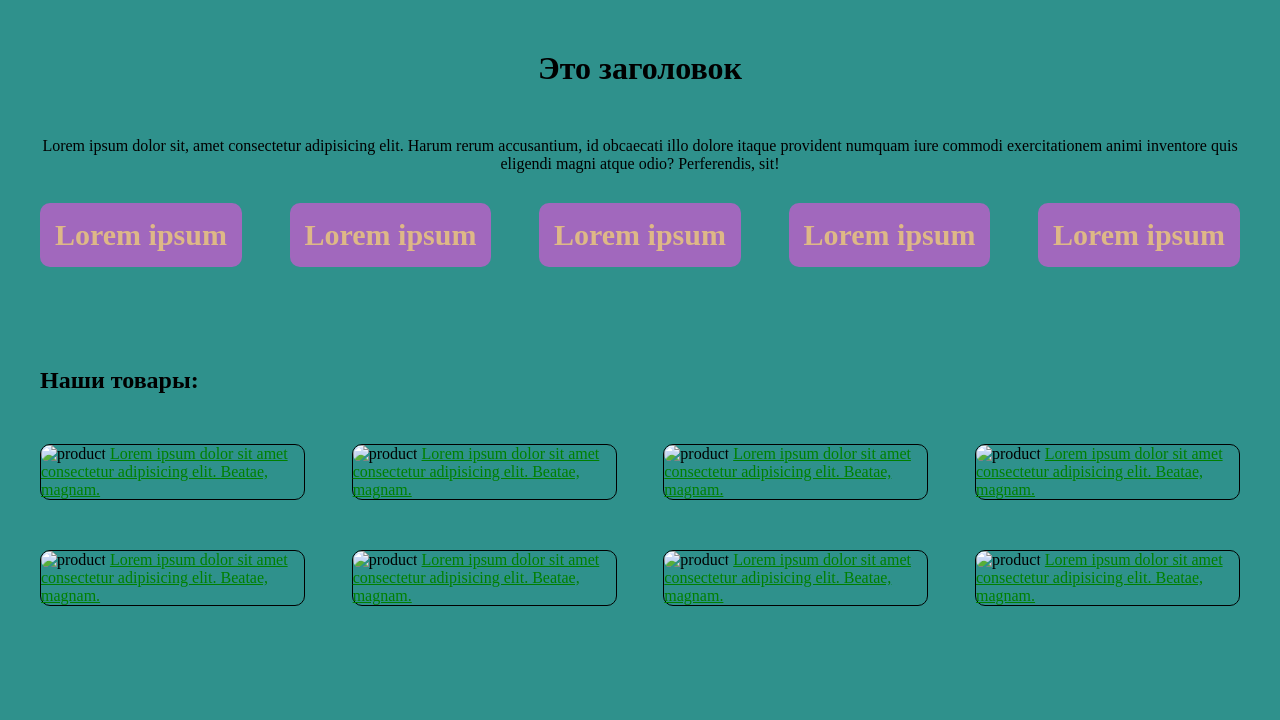
Repository: annamsklv/web
Page: seminar2_26.01/index.html
An editor plug-in stored every save of this project. The page is shown before and after a run of saves, followed by the edit.
The browser window is 1280 px wide. The pictures show the whole page.
Some web fonts or font styles are not loaded; a fallback is used.

Above is the page before, as saved 2023-02-01 18:21:18.
Not found: seminar2_26.01/img/product-1.jpg

### seminar2_26.01/index.html
<!DOCTYPE html>
<html lang="en">
<head>
    <meta charset="UTF-8">
    <meta http-equiv="X-UA-Compatible" content="IE-edge">
    <meta name="viewport" content="width=device-width, initial-scale=1.0">
    <title>Моя вторая страница</title>
    <!-- <link rel="preconnect" href="https://fonts.googleapis.com">
<link rel="preconnect" href="https://fonts.gstatic.com" crossorigin>
<link href="https://fonts.googleapis.com/css2?family=Pacifico&display=swap" rel="stylesheet">
    <link rel="stylesheet" href="test2.css"> -->
    <link rel="preconnect" href="https://fonts.googleapis.com">
<link rel="preconnect" href="https://fonts.gstatic.com" crossorigin>
<link href="https://fonts.googleapis.com/css2?family=Ruslan+Display&display=swap" rel="stylesheet">
    <link rel="stylesheet" href="test2.css">

</head>
<body>
    <div class="header">
     <div class="container">
        <h1 class="title">Это заголовок</h1>
    <p class="description">Lorem ipsum dolor sit, amet consectetur adipisicing elit. Harum rerum accusantium, id obcaecati illo dolore itaque provident numquam iure commodi exercitationem animi inventore quis eligendi magni atque odio? Perferendis, sit!</p>
    <div class="nav">
     <a class="nav-link"href="#">Lorem ipsum</a>
     <a class="nav-link"href="#">Lorem ipsum</a>
     <a class="nav-link" href="#">Lorem ipsum</a>
     <a class="nav-link"href="#">Lorem ipsum</a>
     <a class="nav-link"href="#">Lorem ipsum</a>
    </div>
     </div>
     </div>

    <div class="content">
        <div class="container">
            <h2 xlass="subtitle">Наши товары:</h2>
            <div class="item-box">
                <div class="item">
                    <img class="item-pic" src="img/product-1.jpg" alt="product">
                    <a class="item-link" href="test3.html">Lorem ipsum dolor sit amet consectetur adipisicing elit. Beatae, magnam.</a>
                </div>
                <div class="item">
                    <img class="item-pic" src="img/product-1.jpg" alt="product">
                    <a class="item-link" href="test3.html">Lorem ipsum dolor sit amet consectetur adipisicing elit. Beatae, magnam.</a>
                </div>
                <div class="item">
                    <img class="item-pic" src="img/product-1.jpg" alt="product">
                    <a class="item-link" href="test3.html">Lorem ipsum dolor sit amet consectetur adipisicing elit. Beatae, magnam.</a>
                </div>
                <div class="item">
                    <img class="item-pic" src="img/product-1.jpg" alt="product">
                    <a class="item-link" href="test3.html">Lorem ipsum dolor sit amet consectetur adipisicing elit. Beatae, magnam.</a>
                </div>
                <div class="item">
                    <img class="item-pic" src="img/product-1.jpg" alt="product">
                    <a class="item-link" href="test3.html">Lorem ipsum dolor sit amet consectetur adipisicing elit. Beatae, magnam.</a>
                </div>
                <div class="item">
                    <img class="item-pic" src="img/product-1.jpg" alt="product">
                    <a class="item-link" href="test3.html">Lorem ipsum dolor sit amet consectetur adipisicing elit. Beatae, magnam.</a>
                </div>
                <div class="item">
                    <img class="item-pic" src="img/product-1.jpg" alt="product">
                    <a class="item-link" href="test3.html">Lorem ipsum dolor sit amet consectetur adipisicing elit. Beatae, magnam.</a>
                </div>
                <div class="item">
                    <img class="item-pic" src="img/product-1.jpg" alt="product">
                    <a class="item-link" href="test3.html">Lorem ipsum dolor sit amet consectetur adipisicing elit. Beatae, magnam.</a>
                </div>
            </div>
            </div>
        </div>


    <div class="footer">
    <div class="container">

    </div>
    </div>
</body>
</html>

### seminar2_26.01/test2.css
body{
    background-color: rgb(47, 145, 140);
}
.container{
    width: 1200px;
    margin: 0 auto;
}

a{
    color:green;
}

.nav-link{
    color: burlywood;
    font-size: 30px;
    font-weight: bold;
    text-decoration: none;
    padding: 15px;
    background-color: rgb(161, 104, 189);
    border-radius: 10px;
    display: block;
    border: 1 px solid transparent;

}

.title, .description, .subtitle{
    text-align: center;
    margin-top: 50px;
}

.nav{
    margin-top: 30px;
    display: flex;
    justify-content: space-between;
}

.nav-link:hover{
    border: 1 px solid darkmagenta;
    color: darkmagenta;
    background-color: white;
}

.item{
    width: 263px;
    border: 1px solid black;
    border-radius: 10px;

}

.item-pic{
    width: 100%;
    border-radius: 10px;
}

.content{
    margin-top: 100px;
}

.item-box{
    margin-top: 50px;
    display: flex;
    flex-wrap: wrap;
    justify-content:space-between;
}

.subtitle{
    font-family: "Pacifico";
    font-size: 30px;
}
.item{
    margin-bottom: 50px;
}

After the next 2 saves:
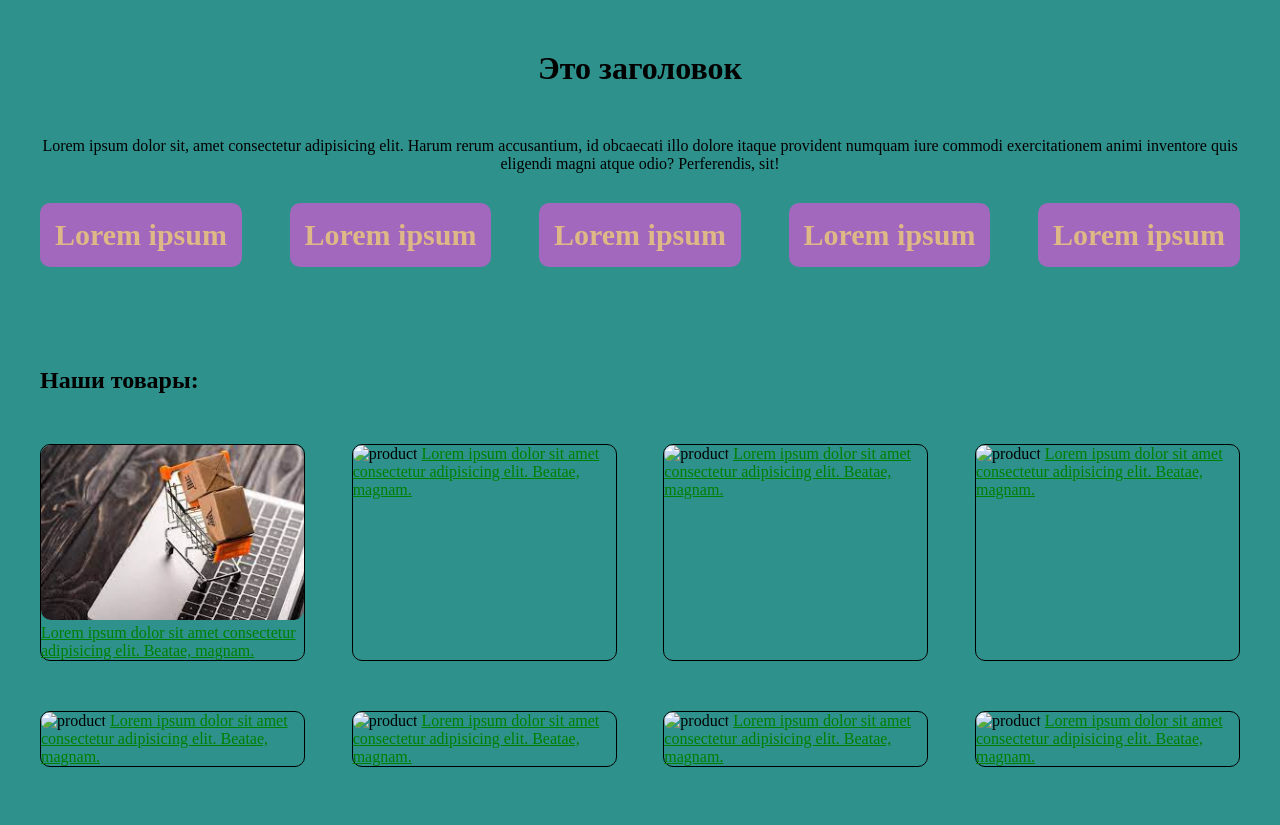
The 2 saves are shown as one change because they came seconds apart.
The last was saved 82 s later.
--- a/seminar2_26.01/index.html
+++ b/seminar2_26.01/index.html
@@ -35,7 +35,7 @@
             <h2 xlass="subtitle">Наши товары:</h2>
             <div class="item-box">
                 <div class="item">
-                    <img class="item-pic" src="img/product-1.jpg" alt="product">
+                    <img class="item-pic" src="img/product.jpeg" alt="product">
                     <a class="item-link" href="test3.html">Lorem ipsum dolor sit amet consectetur adipisicing elit. Beatae, magnam.</a>
                 </div>
                 <div class="item">
